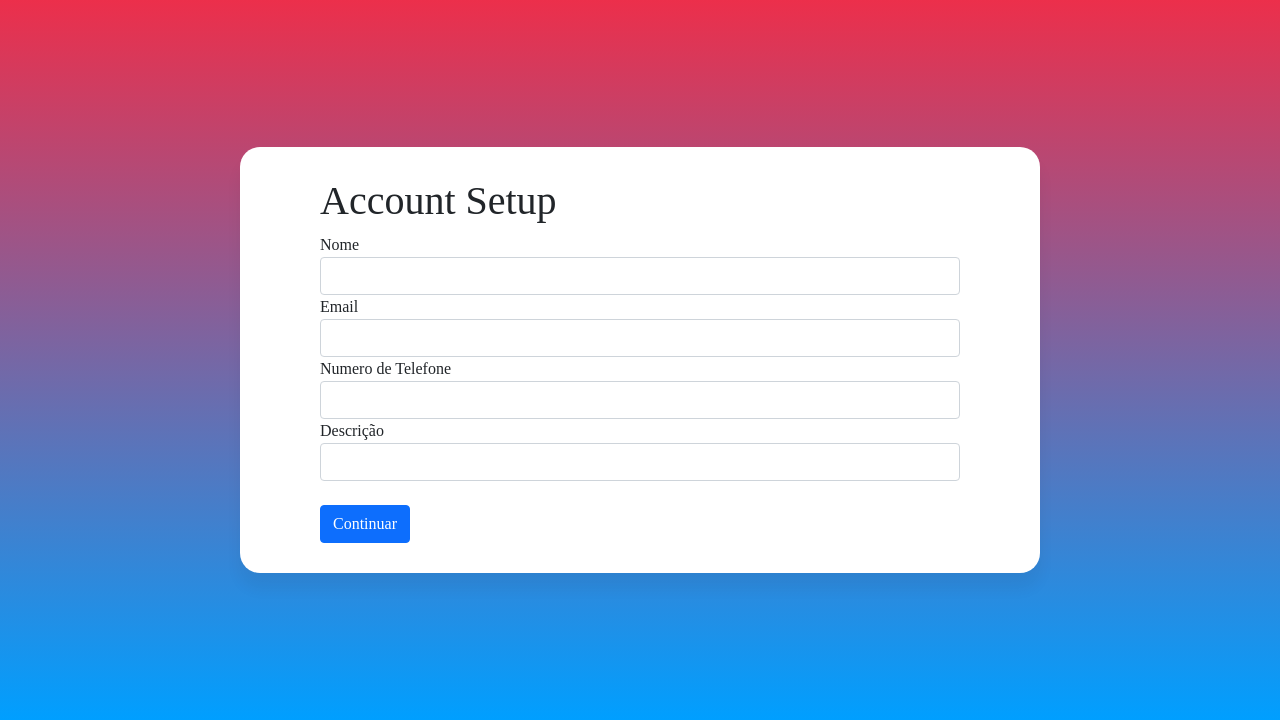
Repository: DeanLemosXD/ReactJS-3steps-form
Page: /
An editor plug-in stored every save of this project. The page is shown before and after the next save, followed by the edit.
The browser window is 1280 px wide. The pictures show the whole page.
The project was rebuilt for these pictures with package versions that can differ from the ones it lists, and the page was loaded fresh each time. Imported but missing from the stored project, and not drawn on this page: src/components/Confirm, src/components/OtherData.

Above is the page before, as saved 2021-10-26 17:05:07.

### src/App.js
import React from 'react';
import './App.css';
import Form from './components/Form.js';

function App() {
  return (
    <div className="App">
      <div className="container">
     <Form />
      </div>

    </div>
  );
}

export default App;

### src/App.css
.App {
  display: flex;
  justify-content: center;
  align-items: center;
  flex-direction: column;
  height: 100vh;
  background: #009FFF;  /* fallback for old browsers */
  background: -webkit-linear-gradient(to bottom, #ec2F4B, #009FFF);  /* Chrome 10-25, Safari 5.1-6 */
  background: linear-gradient(to bottom, #ec2F4B, #009FFF); /* W3C, IE 10+/ Edge, Firefox 16+, Chrome 26+, Opera 12+, Safari 7+ */





}

.form-container {
  font-family:'Times New Roman', Times, serif;
  background: #fff;
  border-radius: 20px;
  padding: 30px 80px;
  max-width: 800px;
  margin: 0 auto;
  box-shadow: 0 15px 16px .17px rgba(0,0,0,0.05);
}

### src/components/Form.js
import React, { Component } from 'react'
import AccountSetup from './AccountSetup';
import OtherData from './OtherData';
import Confirm from './Confirm';

export class form extends Component {
    state = {
        step: 1,
        name: '',
        email: '',
        phone: '',
        description: '',
        workplace: '',
        DOC: '',
        linkedin: '',

    };

    nextStep = () => {
        const { step } = this.state;
        this.setState({step: step + 1});
    };

    prevStep = () => {
        const { step } = this.state;
        this.setState({step: step - 1});
    }

    inputChange = input => e => {
        this.setState({
            [input]: e.target.value
        })
    };

    render() {
        const { step } = this.state;
        const { name, email, phone, description, workplace, DOC, linkedin } = this.state;
        const values = { name, email, phone, description, workplace, DOC, linkedin };

        // eslint-disable-next-line default-case
        switch(step) {
            case 1:
                return (
                    <AccountSetup
                    nextStep={this.nextStep}
                    inputChange={this.inputChange}
                    values={values}
                    />
                );
                case 2:
                    return (
                        <OtherData
                        nextStep={this.nextStep}
                        prevStep={this.prevStep}
                        inputChange={this.inputChange}
                        values={values}
                         />
                    );
                    case 3:
                        return (
                            <Confirm
                            nextStep={this.nextStep}
                            prevStep={this.prevStep}
                            inputChange={this.inputChange}
                            values={values}
                            />
                        );
        }
    }
}

export default form

### src/components/AccountSetup.js
import React, { Component } from 'react'

export class AccountSetup extends Component {
    continue = e => {
        e.preventDefault();
        this.props.nextStep();
    }
    render() {
        const { values, inputChange } = this.props;

        return (
            <div className="form-container">
                <h1>Account Setup</h1>
                <div className="form-group">
                    <label htmlFor="name">Nome</label>
                    <input type="text" className="form-control" name="name" onChange={inputChange('name')} value={values.name} />
                </div>
                <div className="form-group">
                    <label htmlFor="email">Email</label>
                    <input type="text" className="form-control" name="email" onChange={inputChange('email')} value={values.email} />
                </div>
                <div className="form-group">
                    <label htmlFor="phone">Numero de Telefone</label>
                    <input type="text" className="form-control" name="phone" onChange={inputChange('phone')} value={values.phone} />
                </div>
                <div className="form-group">
                    <label htmlFor="description">Descrição</label>
                    <input type="text" className="form-control" name="description" onChange={inputChange('description')} value={values.description} />
                </div>

                <br />

            <div className="text-right">
                <button className="btn btn-primary" onClick={this.continue}>Continuar</button>
            </div>
            </div>
        )
    }
}

export default AccountSetup

Loaded but not shown: public/index.html (common file); src/index.js (common file); src/index.css (common file); src/reportWebVitals.js (common file)

After the next save:
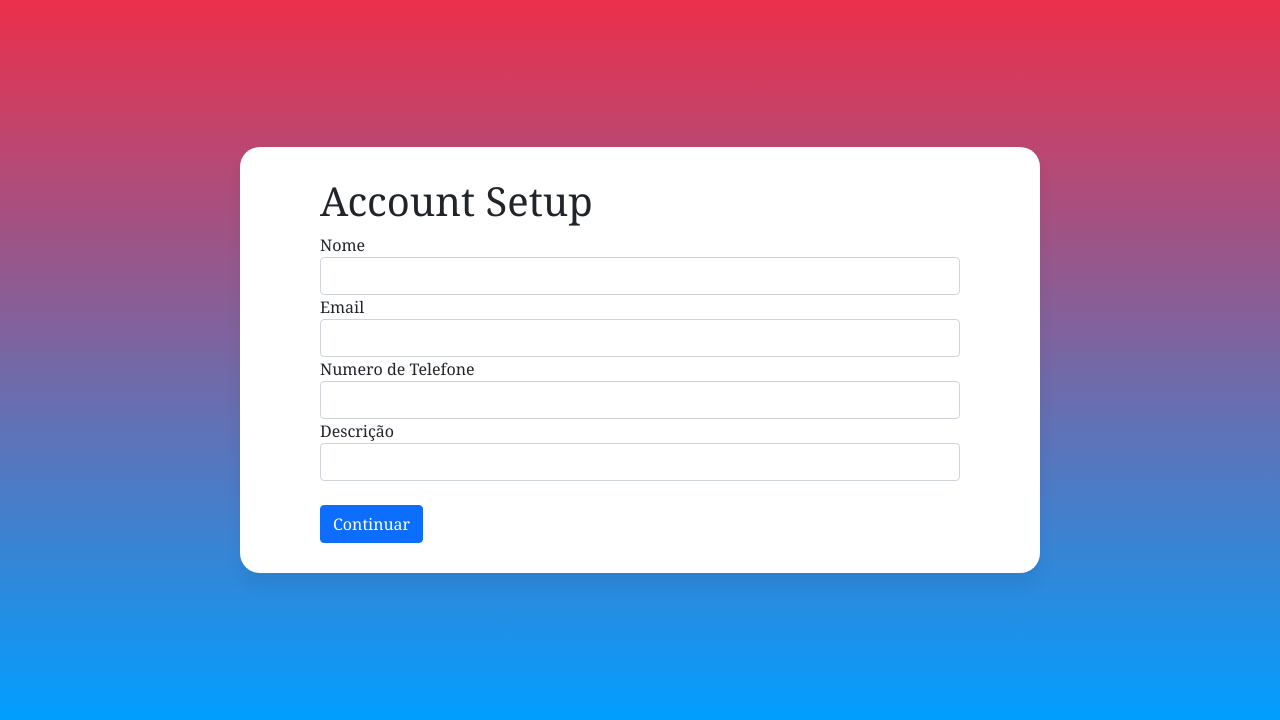
Saved 11 s later.
--- a/src/App.css
+++ b/src/App.css
@@ -15,7 +15,7 @@
 }
 
 .form-container {
-  font-family:'Times New Roman', Times, serif;
+  font-family:Georgia, 'Times New Roman', Times, serif;
   background: #fff;
   border-radius: 20px;
   padding: 30px 80px;
